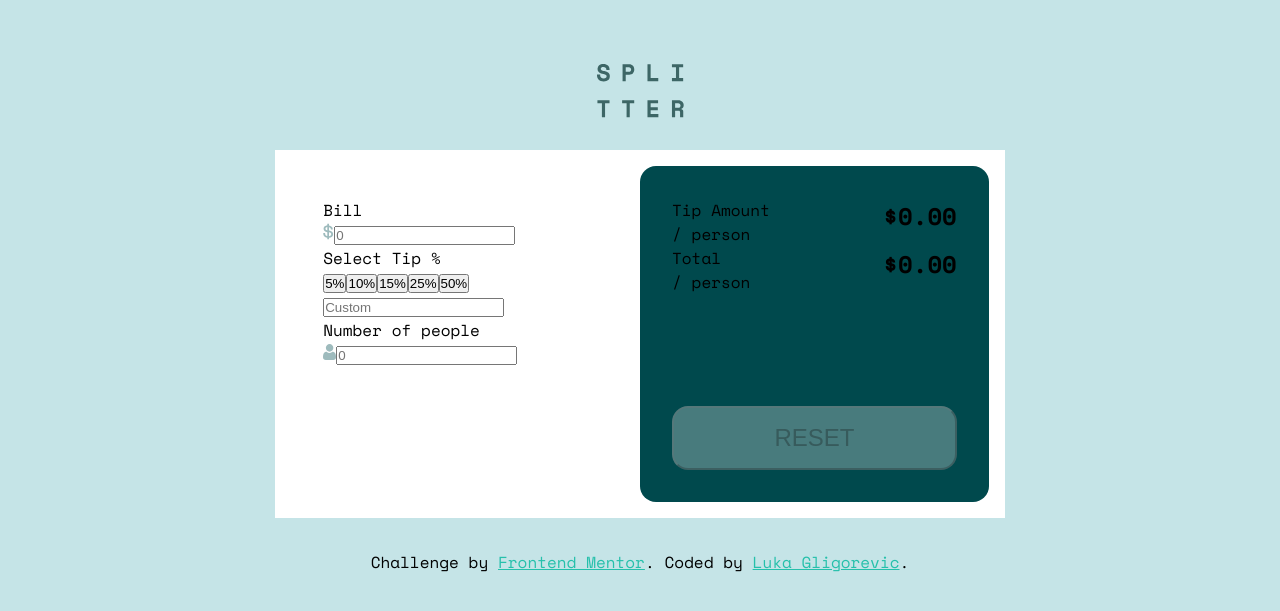
Repository: gligor99/tip-fmentor
Page: /
The author's editor kept a copy of each file at every save. The page is drawn from the files as they stood at one save, then again after the next save.
The browser window is 1280 px wide. The pictures show the whole page.
The project was rebuilt for these pictures with package versions that can differ from the ones it lists, and the page was loaded fresh each time.

Above is the page before, as saved 2021-11-27 17:54:10.

### src/index.css
@import url("https://fonts.googleapis.com/css2?family=Space+Mono:wght@400;700&display=swap");

:root {
  --clr-primary: hsl(172, 67%, 45%);
  --clr-dark-cyan: hsl(183, 100%, 15%);
  --clr-dark-grayish-cyan: hsl(186, 14%, 43%);
  --clr-dark-grayish-cyan2: hsl(184, 14%, 56%);
  --clr-light-grayish-cyan: hsl(185, 41%, 84%);
  --clr-light-grayish-cyan2: hsl(189, 41%, 97%);
  --clr-white: hsl(0, 0%, 100%);
}

*,
::after,
::before {
  margin: 0;
  padding: 0;
  box-sizing: border-box;
}
body {
  font-family: "Space Mono", sans-serif;
  background: var(--clr-light-grayish-cyan);
  color: var(--clr-grey-1);
  line-height: 1.5;
  font-size: 1rem;
}

.App {
  display: flex;
  flex-direction: column;
  justify-content: center;
  padding: 2rem;
  max-height: 100vh;
}

.logo {
  display: flex;
  justify-content: center;
  padding: 2rem;
}

.attribution {
  font-size: 1rem;
  text-align: center;
  padding: 2rem;
}
.attribution a {
  color: var(--clr-primary);
}

.container {
  display: flex;
  justify-content: space-between;
  background-color: var(--clr-white);
  width: 60%;
  margin: auto;
  padding: 1rem 1rem;
}
.left-side {
  width: 50%;
  padding: 2rem;
}

.right-side {
  background-color: var(--clr-dark-cyan);
  width: 50%;
  border-radius: 1rem;
  padding: 2rem;
}

.results-tip, .results-total{
  display: flex;
  justify-content: space-between;
}

.rightside, .reset-btn {
  padding: 1rem;
  width: 100%;
  border-radius: 1rem;
  margin-top: 7rem;
  font-size: 1.5rem;
}

### src/App.tsx
import Footer from "./components/Footer";
import logo from "./assets/logo.svg";
import Tipper from "./components/Tipper";
import { useState } from "react";

function App() {
  const [bill, setBill] = useState(0)
  const [people, setPeople] = useState(0)
  const [total, setTotal] = useState(0)


  return (
    <div className="App">
      <div className="logo">
        <img src={logo} alt="logo" />
      </div>
      <Tipper />
      <Footer name="Luka Gligorevic" />
    </div>
  );
}

export default App;

### src/components/Footer.tsx
type Props = {
  name: String;
};

const Footer: React.FC<Props> = ({ name }) => {
  return (
    <div className="attribution">
      Challenge by{" "}
      <a
        href="https://www.frontendmentor.io?ref=challenge"
        target="_blank"
        rel="noreferrer"
      >
        Frontend Mentor
      </a>
      . Coded by <a href="https://github.com/gligor99">{name}</a>.
    </div>
  );
};

export default Footer;

### src/components/Tipper.tsx
import iconDollar from "../assets/icon-dollar.svg";
import iconPeople from "../assets/icon-person.svg";

const Tipper = () => {
  return (

      <section className="container">
        <div className="left-side">
          <form>
            <label htmlFor="bill">Bill</label>
            <div className="input-div">
              <img className="input-icon" src={iconDollar} alt="dollarIcon" />
              <input type="number" placeholder="0" />
            </div>
            <label htmlFor="select-tip">Select Tip %</label>
            <div className="buttons">
              <button className="percentage-btn" data-value="5">
                5%
              </button>
              <button className="percentage-btn" data-value="5">
                10%
              </button>
              <button className="percentage-btn" data-value="5">
                15%
              </button>
              <button className="percentage-btn" data-value="5">
                25%
              </button>
              <button className="percentage-btn" data-value="5">
                50%
              </button>
              <input
                type="number"
                placeholder="Custom"
                className="custom-tip"
              />
            </div>
            <label htmlFor="no-of-people">Number of people</label>
            <div className="input-div">
              <img className="input-icon" src={iconPeople} alt="personIcon" />
              <input type="number" placeholder="0" />
            </div>
          </form>
        </div>
        <div className="right-side">
          <div className="results-tip">
            <div className="results-text">
              <p className="results-label">Tip Amount</p>
              <p className="per-person">/ person</p>
            </div>
            <div className="tip-result">
              <h1 id="tip-result">$0.00</h1>
            </div>
          </div>
          <div className="results-total">
            <div className="results-text">
              <p className="results-label">Total</p>
              <p className="per-person">/ person</p>
            </div>
            <div className="total-result">
              <h1 id="total-result">$0.00</h1>
            </div>
          </div>
          <button className="reset-btn" type="reset" disabled>
            RESET
          </button>
        </div>
      </section>

  );
};

export default Tipper;

Loaded but not shown: public/index.html (common file); src/index.tsx (common file)

After the next save:
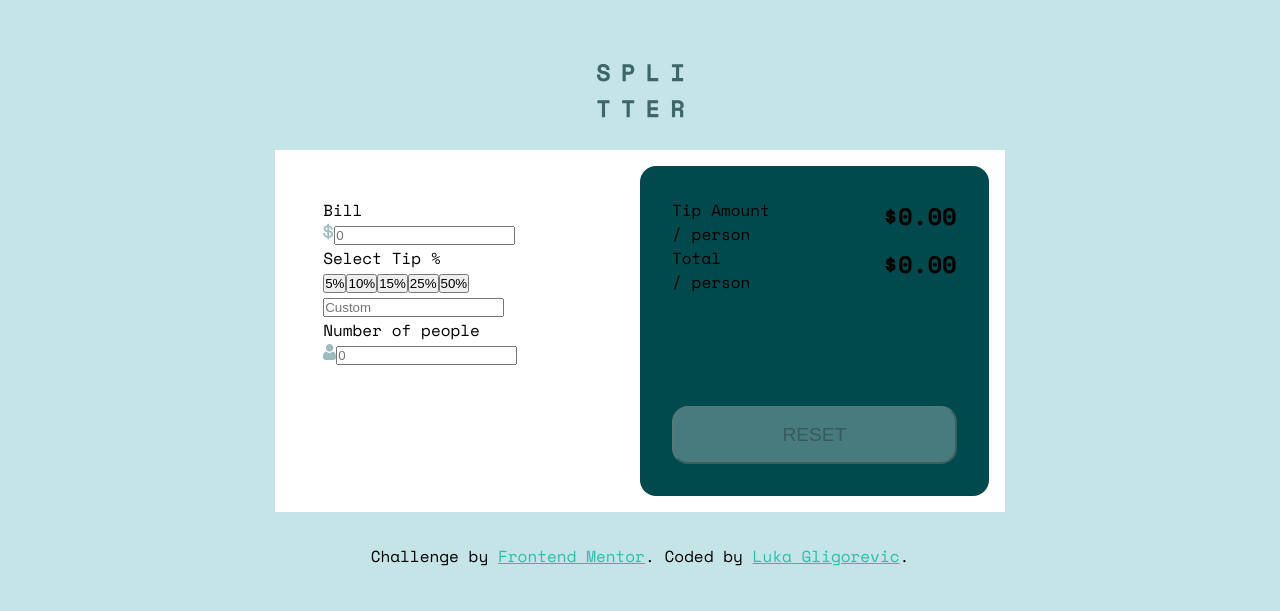
Saved 4 s later.
--- a/src/index.css
+++ b/src/index.css
@@ -78,5 +78,5 @@ body {
   width: 100%;
   border-radius: 1rem;
   margin-top: 7rem;
-  font-size: 1.5rem;
+  font-size: 1.2rem;
 }
